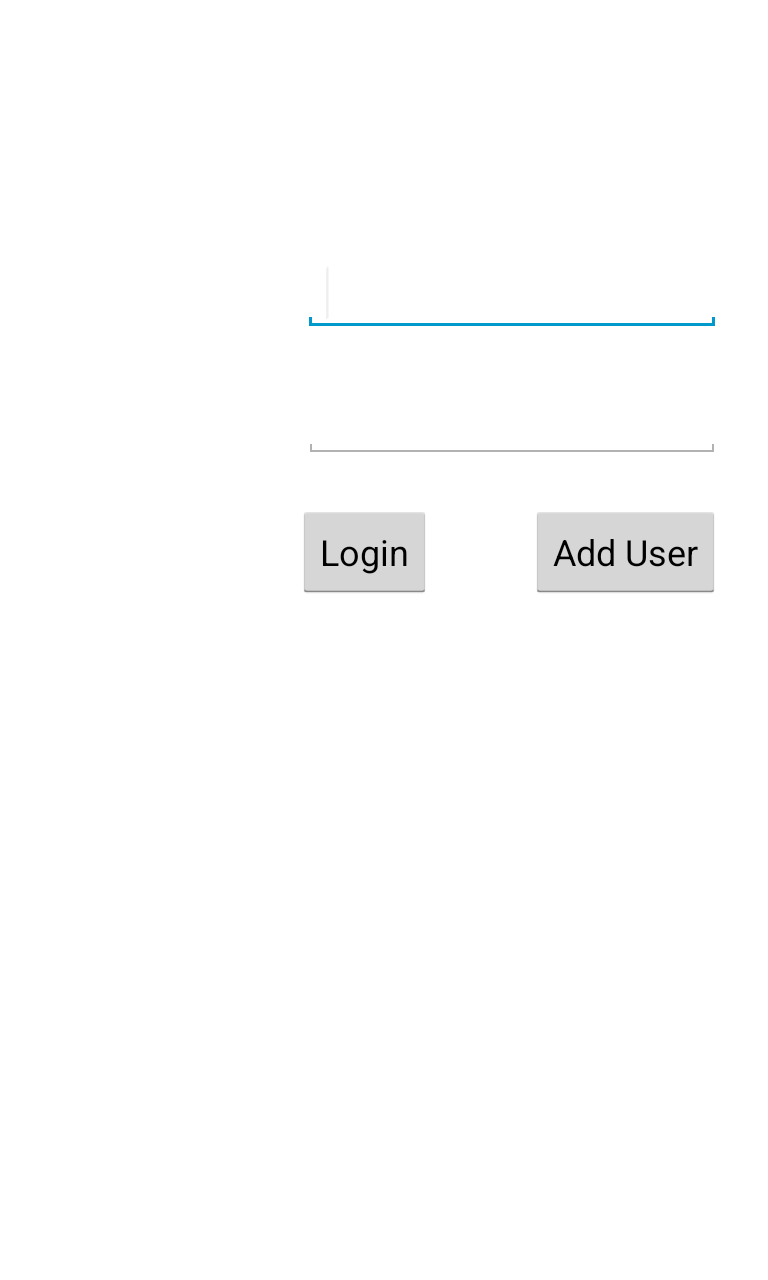
Repository: LeBenHL/CS169WarmUp
Layout: android/HelloWorld/res/layout/activity_main.xml
An editor plug-in stored every save of this project. The layout is shown before and after the next save, followed by the edit.
It is drawn on a 768 x 1280 px phone screen (xhdpi) without system bars, with theme AppTheme; the app's code is not run.

Above is the layout before, as saved 2013-02-16 23:45:30.

After the next save:
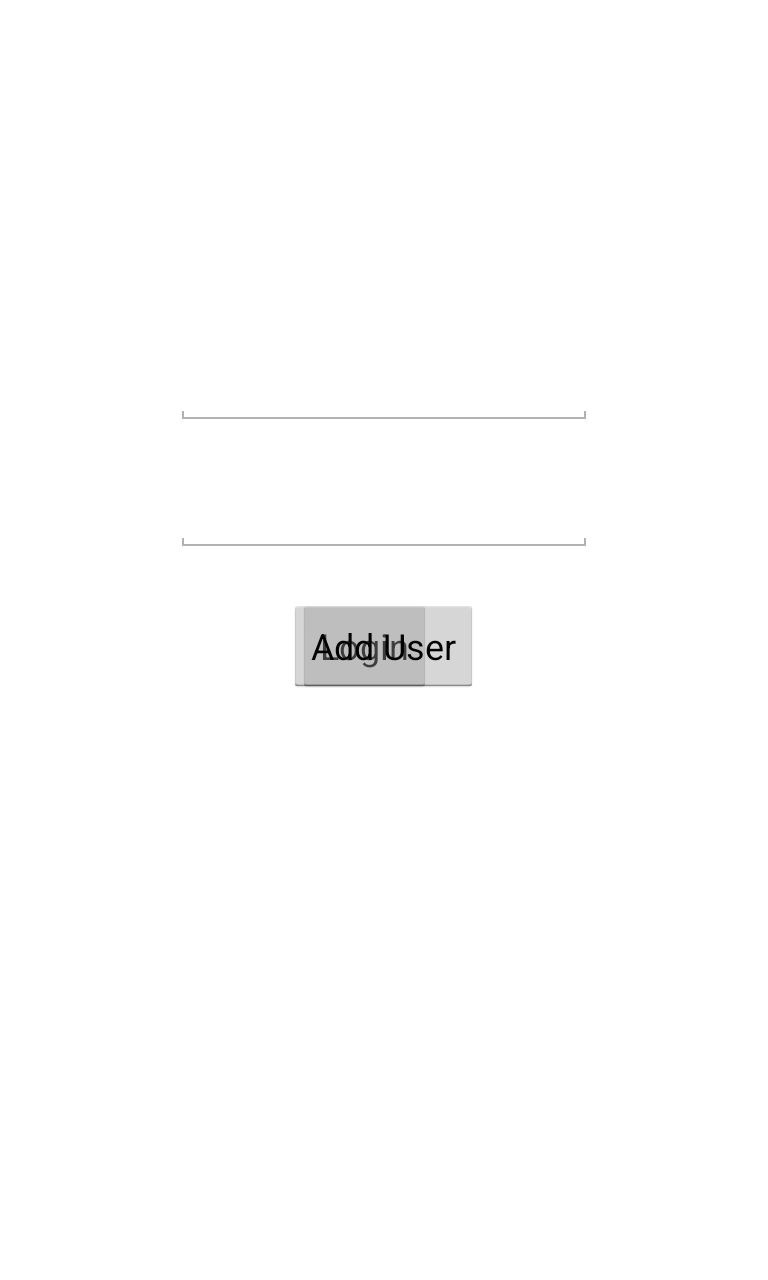
Saved 71 s later.
--- a/android/HelloWorld/res/layout/activity_main.xml
+++ b/android/HelloWorld/res/layout/activity_main.xml
@@ -7,20 +7,6 @@
     android:paddingRight="@dimen/activity_horizontal_margin"
     android:paddingTop="@dimen/activity_vertical_margin"
     tools:context=".MainActivity" >
-
-    <EditText
-        android:id="@+id/user"
-        android:layout_width="wrap_content"
-        android:layout_height="wrap_content"
-        android:layout_alignParentLeft="true"
-        android:layout_alignParentTop="true"
-        android:layout_marginLeft="135dp"
-        android:layout_marginTop="111dp"
-        android:ems="10"
-        android:inputType="textPersonName" >
-
-        <requestFocus />
-    </EditText>
 
     <EditText
         android:id="@+id/password"
@@ -42,13 +28,24 @@
         android:layout_marginTop="22dp"
         android:text="Login" />
 
+    <EditText
+        android:id="@+id/user"
+        android:layout_width="wrap_content"
+        android:layout_height="wrap_content"
+        android:layout_alignParentTop="true"
+        android:layout_centerHorizontal="true"
+        android:layout_marginTop="158dp"
+        android:ems="10"
+        android:inputType="textPersonName" />
+
     <Button
         android:id="@+id/AddUser"
         android:layout_width="wrap_content"
         android:layout_height="wrap_content"
         android:layout_alignBaseline="@+id/Login"
         android:layout_alignBottom="@+id/Login"
-        android:layout_alignRight="@+id/password"
+        android:layout_alignParentRight="true"
+        android:layout_marginRight="128dp"
         android:text="Add User" />
 
 </RelativeLayout>
